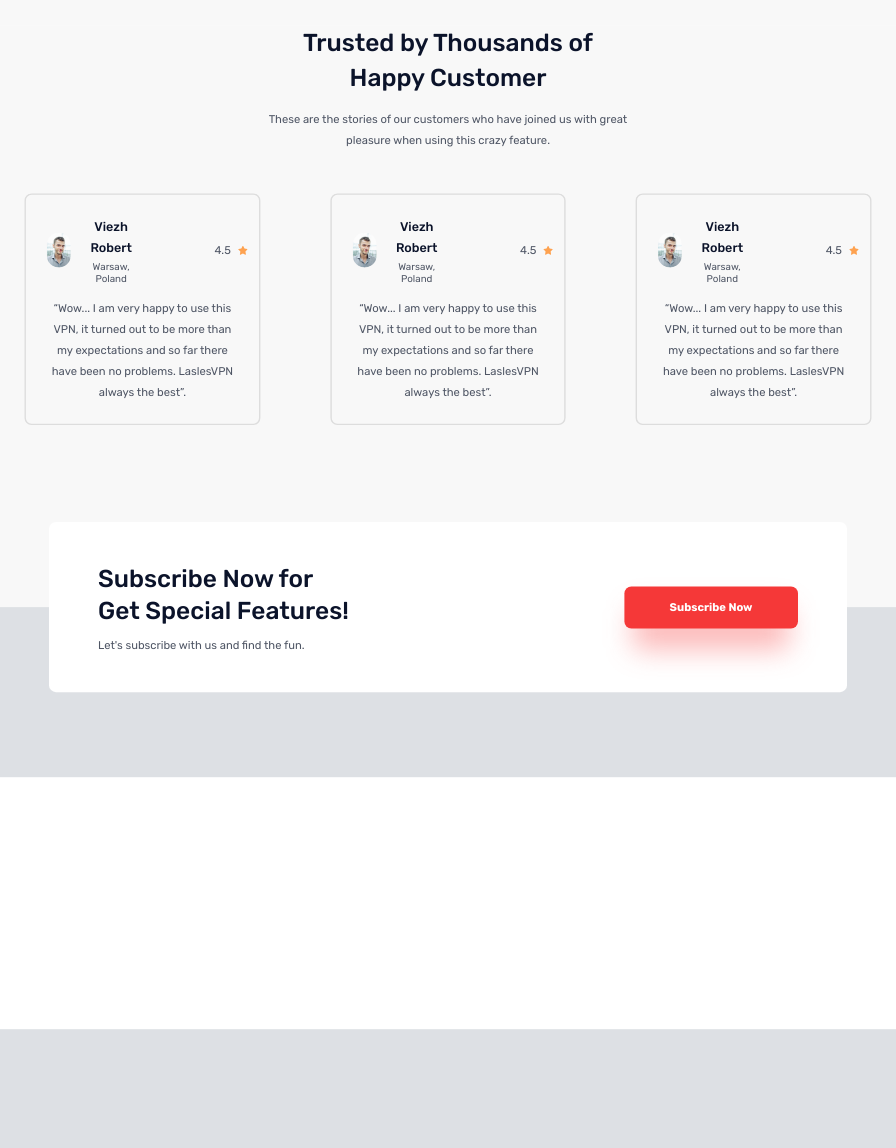
Repository: dangpham205/LaslesVPN-Landing-Page
Page: index.html
These files come from the project's save history. The page is drawn as it stood at one moment and after the next save; the edit follows.
The browser window is 1280 px wide. The pictures show the part of the page from y = 3716 to 5636 px (the page is 5356 px tall before and 5636 px after), at 70% of full size.
Some web libraries are served in a nearby version.

Above is the page before, as saved 2022-07-21 09:13:30.

### index.html
<!DOCTYPE html>
<html lang="en">
<head>
    <meta charset="UTF-8">
    <meta http-equiv="X-UA-Compatible" content="IE=edge">
    <meta name="viewport" content="width=device-width, initial-scale=1.0">
    <title>Lasles</title>
    <link rel="stylesheet" type="text/css" href="https://cdn.jsdelivr.net/npm/slick-carousel@1.8.1/slick/slick.css"/>
    <link rel="preconnect" href="https://fonts.googleapis.com" />
    <link rel="preconnect" href="https://fonts.gstatic.com" crossorigin />
    <link
      href="https://fonts.googleapis.com/css2?family=Rubik:wght@400;500;700&display=swap"
      rel="stylesheet"
    />
    <link rel="stylesheet" href="./assets/css/style.css">
</head>
<body>
    <div class="wrapper">

        <!-- Menu -->
        <header class="menu">
            <div class="container">
                <div class="menu__container">
                    <img srcset="./assets/img/logo.png 2x" alt="" class="menu__logo" />
                    <div class="menu__list">
                        <div class="menu__item">
                            <a href="" class="menu__item-link">About</a>
                        </div>
                        <div class="menu__item">
                            <a href="" class="menu__item-link">Features</a>
                        </div>
                        <div class="menu__item">
                            <a href="" class="menu__item-link">Pricing</a>
                        </div>
                        <div class="menu__item">
                            <a href="" class="menu__item-link">Testimonials</a>
                        </div>
                        <div class="menu__item">
                            <a href="" class="menu__item-link">Help</a>
                        </div>
                    </div>
                    <div class="menu__buttons">
                        <a href="" class="menu__button--sign-in">Sign In</a>
                        <a href="" class="button button--outline menu__button--sign-up">Sign Up</a>
                    </div>
                </div>
            </div>
        </header>

        <main>
            <!-- hero -->
            <section class="hero">
                <div class="container">
                    <div class="hero__container">
                        <div class="hero__content">
                            <h1 class="hero__title">Want anything to be easy with <strong>LaslesVPN</strong>.</h1>
                            <p class="hero__desc text">Provide a network for all your needs with ease and fun using LaslesVPN discover interesting features from us.</p>
                            <a href="" class="button button--primary button--rounded button--shadow">Get Started</a>
                        </div>
                        <div class="hero__image">
                            <img srcset="./assets/img/hero.png 2x" alt="">
                        </div>
                    </div>
                </div>
            </section>


            <!-- info -->
            <section class="info">
                <div class="container">
                    <div class="info__container">
                        <div class="info__item">
                            <div class="info__item-image">
                                <img src="" alt="" srcset="./assets/img/user.png 2x">
                            </div>
                            <div class="info__item-text">
                                <h3 class="info__item-title">90+</h3>
                                <p class="info__item-desc">Users</p>
                            </div>
                        </div>
                        <div class="info__item">
                            <div class="info__item-image">
                                <img src="" alt="" srcset="./assets/img/location.png 2x">
                            </div>
                            <div class="info__item-text">
                                <h3 class="info__item-title">30+</h3>
                                <p class="info__item-desc">Locations</p>
                            </div>
                        </div>
                        <div class="info__item">
                            <div class="info__item-image">
                                <img src="" alt="" srcset="./assets/img/Server.png 2x">
                            </div>
                            <div class="info__item-text">
                                <h3 class="info__item-title">50+</h3>
                                <p class="info__item-desc">Servers</p>
                            </div>
                        </div>
                    </div>
                </div>
            </section>

            <!-- feature -->
            <section class="feature">
                <div class="container">
                    <div class="feature__container">
                        <div class="feature__image">
                            <img src="" alt="" srcset="./assets/img/feature.png 2x">
                        </div>
                        <div class="feature__content">
                            <h3 class="feature__title heading">We Provide Many Features You Can Use</h3>
                            <p class="feature__desc text">You can explore the features that we provide with fun and have their own functions each feature.

                            </p>
                            <ul class="feature__list">
                                <li class="feature__item">
                                    <img src="./assets/img/ic-check.svg" alt="" class="feature__item-icon">
                                    <span class="feature__item-text">Powerfull online protection.</span>
                                </li>
                                <li class="feature__item">
                                    <img src="./assets/img/ic-check.svg" alt="" class="feature__item-icon">
                                    <span class="feature__item-text">Internet without borders.</span>
                                </li>
                                <li class="feature__item">
                                    <img src="./assets/img/ic-check.svg" alt="" class="feature__item-icon">
                                    <span class="feature__item-text">Supercharged VPN</span>
                                </li>
                                <li class="feature__item">
                                    <img src="./assets/img/ic-check.svg" alt="" class="feature__item-icon">
                                    <span class="feature__item-text">No specific time limits.</span>
                                </li>
                            </ul>
                        </div>

                    </div>
                </div>
            </section>

            <!-- plan -->
            <section class="plan">
                <div class="container">
                    <div class="plan__container">
                        <div class="plan__header">
                            <h3 class="plan__title heading">Choose Your Plan</h3>
                            <p class="plan__desc text">Let's choose the package that is best for you and explore it happily and cheerfully.</p>
                        </div>
                        <div class="plan__list">
                            <div class="plan__item">
                                <div class="plan__item-image">
                                    <img src="" alt="" srcset="./assets/img/plan.png 2x">
                                </div>
                                <h4 class="plan__item-title heading-small">Free Plan</h4>
                                <ul class="plan__item-details">
                                    <li class="plan__item-detail">
                                        <img src="./assets/img/ic-check-line.svg" alt="">
                                        <span class="plan__item-desc">Unlimited Bandwitch</span>
                                    </li>
                                    <li class="plan__item-detail">
                                        <img src="./assets/img/ic-check-line.svg" alt="">
                                        <span class="plan__item-desc">Encrypted Connection</span>
                                    </li>
                                    <li class="plan__item-detail">
                                        <img src="./assets/img/ic-check-line.svg" alt="">
                                        <span class="plan__item-desc">No Traffic Logs</span>
                                    </li>
                                    <li class="plan__item-detail">
                                        <img src="./assets/img/ic-check-line.svg" alt="">
                                        <span class="plan__item-desc">Works on All Devices</span>
                                    </li>
                                </ul>
                                <div class="plan__item-price">Free</div>
                                <a href="" class="plan__item-btn button button--outline">Select</a>
                            </div>
                            <div class="plan__item">
                                <div class="plan__item-image">
                                    <img src="" alt="" srcset="./assets/img/plan.png 2x">
                                </div>
                                <h4 class="plan__item-title heading-small">Standard Plan</h4>
                                <ul class="plan__item-details">
                                    <li class="plan__item-detail">
                                        <img src="./assets/img/ic-check-line.svg" alt="">
                                        <span class="plan__item-desc">Unlimited Bandwitch</span>
                                    </li>
                                    <li class="plan__item-detail">
                                        <img src="./assets/img/ic-check-line.svg" alt="">
                                        <span class="plan__item-desc">Encrypted Connection</span>
                                    </li>
                                    <li class="plan__item-detail">
                                        <img src="./assets/img/ic-check-line.svg" alt="">
                                        <span class="plan__item-desc">Yes Traffic Logs</span>
                                    </li>
                                    <li class="plan__item-detail">
                                        <img src="./assets/img/ic-check-line.svg" alt="">
                                        <span class="plan__item-desc">Works on All Devices</span>
                                    </li>
                                    <li class="plan__item-detail">
                                        <img src="./assets/img/ic-check-line.svg" alt="">
                                        <span class="plan__item-desc">Connect Anyware</span>
                                    </li>
                                </ul>
                                <div class="plan__item-price">$9 / mo</div>
                                <a href="" class="plan__item-btn button button--outline">Select</a>
                            </div>
                            <div class="plan__item plan__item--active">
                                <div class="plan__item-image">
                                    <img src="" alt="" srcset="./assets/img/plan.png 2x">
                                </div>
                                <h4 class="plan__item-title heading-small">Premium Plan</h4>
                                <ul class="plan__item-details">
                                    <li class="plan__item-detail">
                                        <img src="./assets/img/ic-check-line.svg" alt="">
                                        <span class="plan__item-desc">Unlimited Bandwitch</span>
                                    </li>
                                    <li class="plan__item-detail">
                                        <img src="./assets/img/ic-check-line.svg" alt="">
                                        <span class="plan__item-desc">Encrypted Connection</span>
                                    </li>
                                    <li class="plan__item-detail">
                                        <img src="./assets/img/ic-check-line.svg" alt="">
                                        <span class="plan__item-desc">Yes Traffic Logs</span>
                                    </li>
                                    <li class="plan__item-detail">
                                        <img src="./assets/img/ic-check-line.svg" alt="">
                                        <span class="plan__item-desc">Works on All Devices</span>
                                    </li>
                                    <li class="plan__item-detail">
                                        <img src="./assets/img/ic-check-line.svg" alt="">
                                        <span class="plan__item-desc">Connect Anyware</span>
                                    </li>
                                    <li class="plan__item-detail">
                                        <img src="./assets/img/ic-check-line.svg" alt="">
                                        <span class="plan__item-desc">Get New Features</span>
                                    </li>
                                </ul>
                                <div class="plan__item-price">$12 / mo</div>
                                <a href="" class="plan__item-btn button button--outline">Select</a>
                            </div>
                        </div>
                    </div>
                </div>
            </section>

            <!-- location -->
            <section class="location">
                <div class="container">
                    <div class="location__container">
                        <h3 class="location__title heading">Huge Global Network of Fast VPN</h3>
                        <p class="location__desc text">See <strong>LaslesVPN</strong> everywhere to make it easier for you when you move locations.</p>
                        <div class="location__image">
                            <img src="" alt="" srcset="./assets/img/map.png 2x">
                        </div>
                        <div class="location__partners">
                            <img srcset="./assets/img/netflix.png 2x" alt="">
                            <img srcset="./assets/img/reddit.png 2x" alt="">
                            <img srcset="./assets/img/amazon.png 2x" alt="">
                            <img srcset="./assets/img/discord.png 2x" alt="">
                            <img srcset="./assets/img/spotify.png 2x" alt="">
                        </div>
                    </div>
                </div>
            </section>

            <section class="comment">
                <div class="container">
                    <div class="comment__container">
                        <h3 class="comment__title heading">Trusted by Thousands of Happy Customer</h3>
                        <p class="comment__desc text">These are the stories of our customers who have joined us with great pleasure when using this crazy feature.</p>

                        <div class="customer-list">
                            <div class="customer-item">
                              <div class="customer-top">
                                <div class="customer-info">
                                  <div class="customer-avatar">
                                    <img srcset="./assets/img/avatar.png 2x" alt="">
                                  </div>
                                  <div class="customer-content">
                                    <h3 class="heading-small customer-name">Viezh Robert</h3>
                                    <span class="text-small customer-address">Warsaw, Poland</span>
                                  </div>
                                </div>
                                <div class="customer-rating">
                                  <span>4.5</span>
                                  <img src="./assets/img/icon-star.svg" alt="">
                                </div>
                              </div>
                              <div class="text customer-desc">“Wow... I am very happy to use this VPN, it turned out to be more than my expectations and so far there have been no problems. LaslesVPN always the best”.</div>
                            </div>
                            <div class="customer-item">
                              <div class="customer-top">
                                <div class="customer-info">
                                  <div class="customer-avatar">
                                    <img srcset="./assets/img/avatar.png 2x" alt="">
                                  </div>
                                  <div class="customer-content">
                                    <h3 class="heading-small customer-name">Viezh Robert</h3>
                                    <span class="text-small customer-address">Warsaw, Poland</span>
                                  </div>
                                </div>
                                <div class="customer-rating">
                                  <span>4.5</span>
                                  <img src="./assets/img/icon-star.svg" alt="">
                                </div>
                              </div>
                              <div class="text customer-desc">“Wow... I am very happy to use this VPN, it turned out to be more than my expectations and so far there have been no problems. LaslesVPN always the best”.</div>
                            </div>
                            <div class="customer-item">
                              <div class="customer-top">
                                <div class="customer-info">
                                  <div class="customer-avatar">
                                    <img srcset="./assets/img/avatar.png 2x" alt="">
                                  </div>
                                  <div class="customer-content">
                                    <h3 class="heading-small customer-name">Viezh Robert</h3>
                                    <span class="text-small customer-address">Warsaw, Poland</span>
                                  </div>
                                </div>
                                <div class="customer-rating">
                                  <span>4.5</span>
                                  <img src="./assets/img/icon-star.svg" alt="">
                                </div>
                              </div>
                              <div class="text customer-desc">“Wow... I am very happy to use this VPN, it turned out to be more than my expectations and so far there have been no problems. LaslesVPN always the best”.</div>
                            </div>
                            <!-- <div class="customer-item">
                              <div class="customer-top">
                                <div class="customer-info">
                                  <div class="customer-avatar">
                                    <img srcset="./assets/img/avatar.png 2x" alt="">
                                  </div>
                                  <div class="customer-content">
                                    <h3 class="heading-small customer-name">Viezh Robert</h3>
                                    <span class="text-small customer-address">Warsaw, Poland</span>
                                  </div>
                                </div>
                                <div class="customer-rating">
                                  <span>4.5</span>
                                  <img src="./assets/img/icon-star.svg" alt="">
                                </div>
                              </div>
                              <div class="text customer-desc">“Wow... I am very happy to use this VPN, it turned out to be more than my expectations and so far there have been no problems. LaslesVPN always the best”.</div>
                            </div> -->
                          </div>
                        </div>

                    </div>
                </div>
            </section>

            <section class="subscribe">
                <div class="container">
                    <div class="subscribe__container">
                        <div class="subscribe__content">
                            <h3 class="subscribe__title heading">Subscribe Now for Get Special Features!</h3>
                            <p class="subscribe__desc text">Let's subscribe with us and find the fun.</p>
                        </div>
                        <a href="" class="subscribe__button button button--primary button--rounded button--shadow">Subscribe Now</a>
                    </div>
                </div>
            </section>

            <div class="container" style="height: 500px;"></div>
        </main>


        <footer>
            <div class="container">
                <div class="footer__container">
                    <div class="footer__info">

                    </div>
                    <div class="footer__menu">

                    </div>
                </div>
            </div>
        </footer>

    </div>



    <script
      type="text/javascript"
      src="https://code.jquery.com/jquery-1.11.0.min.js"
    ></script>
    <script
      type="text/javascript"
      src="https://code.jquery.com/jquery-migrate-1.2.1.min.js"
    ></script>
    <script
      type="text/javascript"
      src="https://cdn.jsdelivr.net/npm/slick-carousel@1.8.1/slick/slick.min.js"
    ></script>
    <!-- <script src="./script/app.js"></script> -->
    <!-- <script src="./script/app.js"></script> -->
</body>
</html>

Loaded but not shown: assets/css/style.css (583 lines, source omitted)

After the next save:
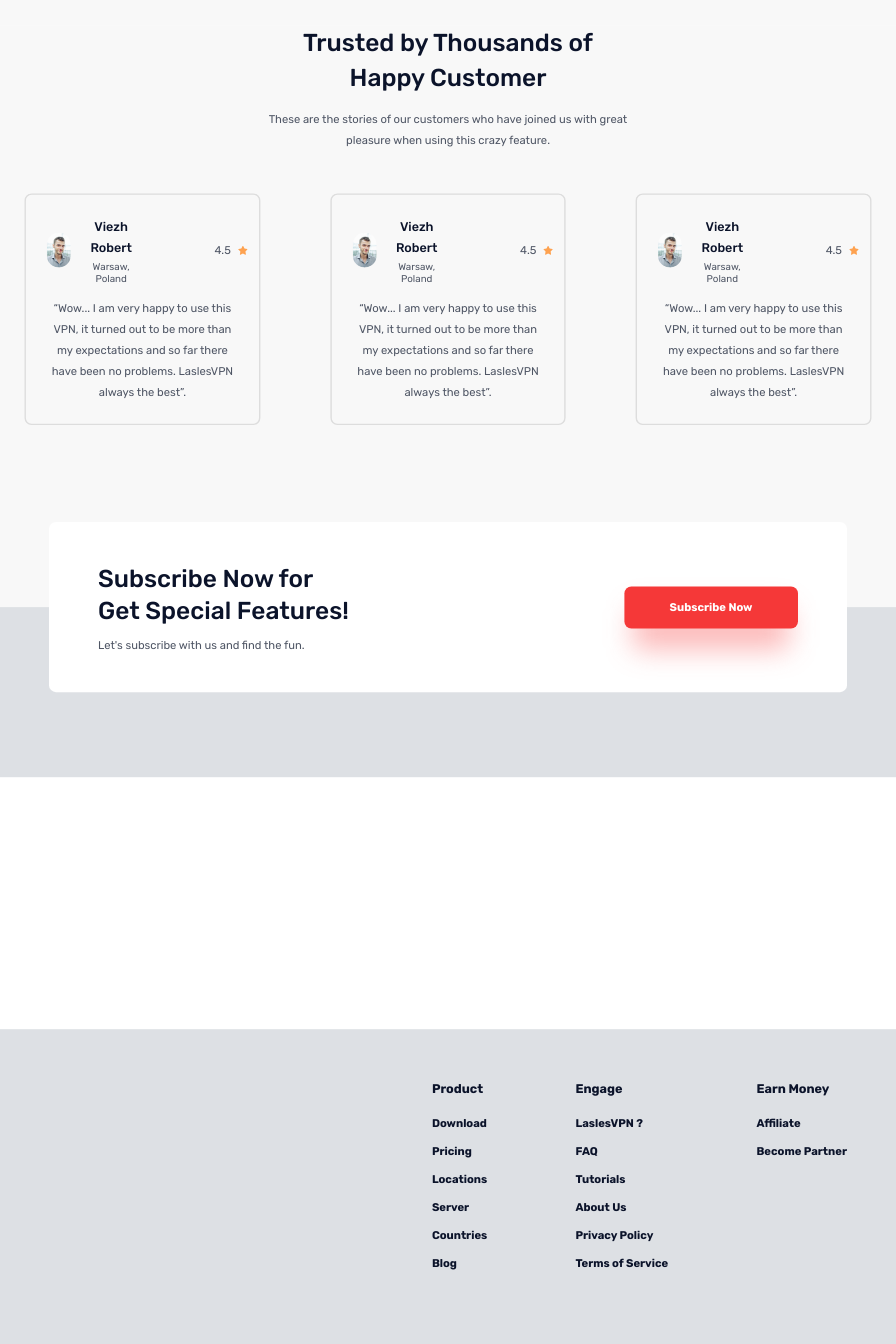
Saved 3 min 31 s later.
--- a/index.html
+++ b/index.html
@@ -369,7 +369,29 @@
 
                     </div>
                     <div class="footer__menu">
-
+                        <div class="footer__category">
+                            <h4 class="footer__category-title">Product</h4>
+                            <h4 class="footer__category-option">Download</h4>
+                            <h4 class="footer__category-option">Pricing</h4>
+                            <h4 class="footer__category-option">Locations</h4>
+                            <h4 class="footer__category-option">Server</h4>
+                            <h4 class="footer__category-option">Countries</h4>
+                            <h4 class="footer__category-option">Blog</h4>
+                        </div>
+                        <div class="footer__category">
+                            <h4 class="footer__category-title">Engage</h4>
+                            <h4 class="footer__category-option">LaslesVPN ?</h4>
+                            <h4 class="footer__category-option">FAQ</h4>
+                            <h4 class="footer__category-option">Tutorials</h4>
+                            <h4 class="footer__category-option">About Us</h4>
+                            <h4 class="footer__category-option">Privacy Policy</h4>
+                            <h4 class="footer__category-option">Terms of Service</h4>
+                        </div>
+                        <div class="footer__category">
+                            <h4 class="footer__category-title">Earn Money</h4>
+                            <h4 class="footer__category-option">Affiliate</h4>
+                            <h4 class="footer__category-option">Become Partner</h4>
+                        </div>
                     </div>
                 </div>
             </div>
